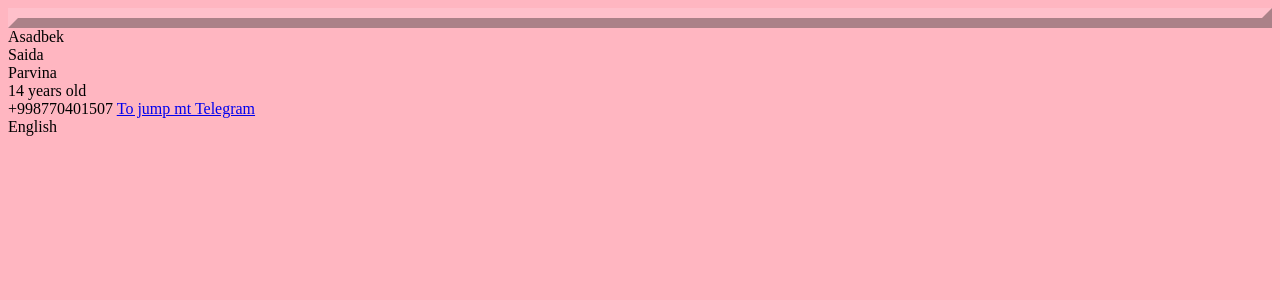
Repository: KHANas02/live-stream
Page: contact.html
The author's editor kept a copy of each file at every save. The page is drawn from the files as they stood at one save, then again after the next save.
The browser window is 1280 px wide. The pictures show the whole page.

Above is the page before, as saved 2024-03-25 07:46:54.

After the next save:
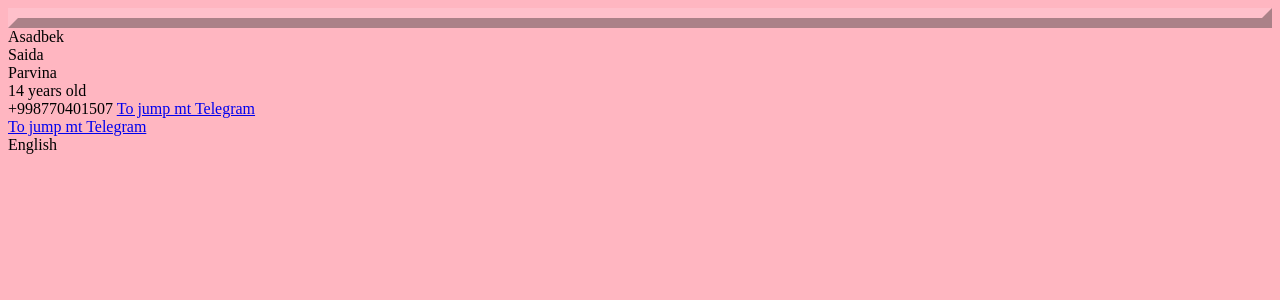
Saved 6 s later.
--- a/contact.html
+++ b/contact.html
@@ -26,7 +26,7 @@
       14 years old <br />
 +998770401507
       <a href=" https://t.me/wzb_02">To jump mt Telegram</a> <br />
-
+       <a href=" https://t.me/wzb_02">To jump mt Telegram</a> <br />
 
       English <br />
     </div>
